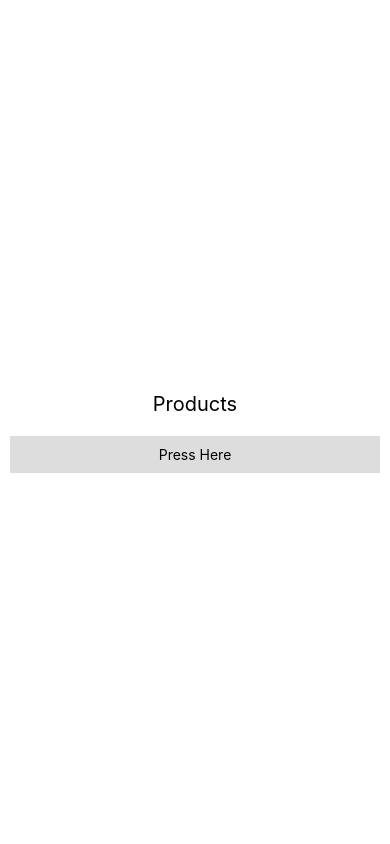
Repository: gatortim50/MyProducts
Screen: /
The author's editor kept a copy of each file at every save. The screen is drawn from the files as they stood at one save, then again after the next save.
The page's requests for data from a server got no answer. The app was drawn by React Native's web renderer in a window 390 px wide. The project was rebuilt for these pictures with package versions that can differ from the ones it lists, and the page was loaded fresh each time. No one was signed in, and anything a server would have sent is missing.

Above is the screen before, as saved 2022-12-20 22:27:41.

After the next save:
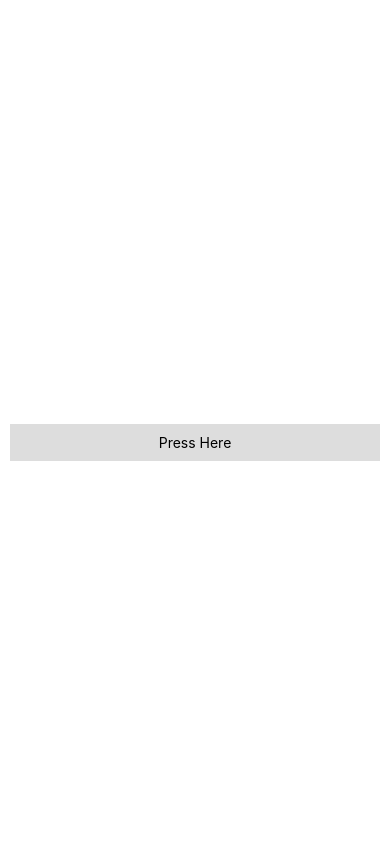
Saved 2 min 36 s later.
--- a/src/App.tsx
+++ b/src/App.tsx
@@ -16,15 +16,15 @@
 
   const Card = ({ title, show }) => (
     <View>
-      <Text style={styles.title}>{title}</Text>
-      {show &&
+      <Text style={styles.title}>{allProductsData}</Text>
+      {/* {show &&
         <TouchableOpacity
           style={styles.button}
           onPress={onPress}
         >
         <Text>Press For Products</Text>
       </TouchableOpacity>
-      }
+      } */}
     </View>
   )
 

After the 2 saves that followed:
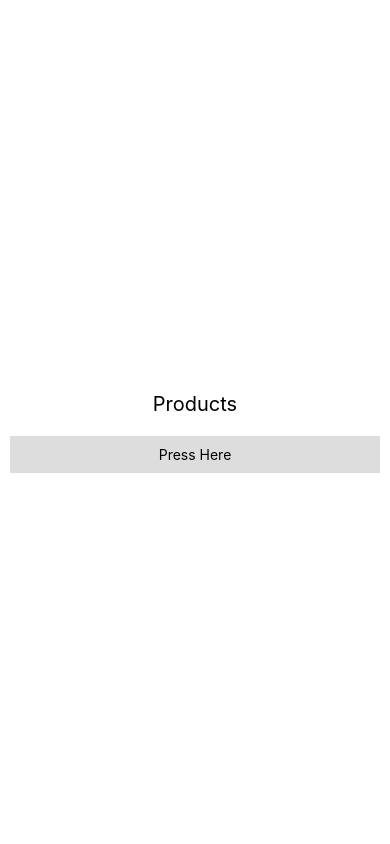
The 2 saves are shown as one change because 1 left the picture as it was.
The last was saved 119 s later.
--- a/src/App.tsx
+++ b/src/App.tsx
@@ -16,15 +16,15 @@
 
   const Card = ({ title, show }) => (
     <View>
-      <Text style={styles.title}>{allProductsData}</Text>
-      {/* {show &&
+      <Text style={styles.title}>{title}</Text>
+      {show &&
         <TouchableOpacity
           style={styles.button}
           onPress={onPress}
         >
         <Text>Press For Products</Text>
       </TouchableOpacity>
-      } */}
+      }
     </View>
   )
 
